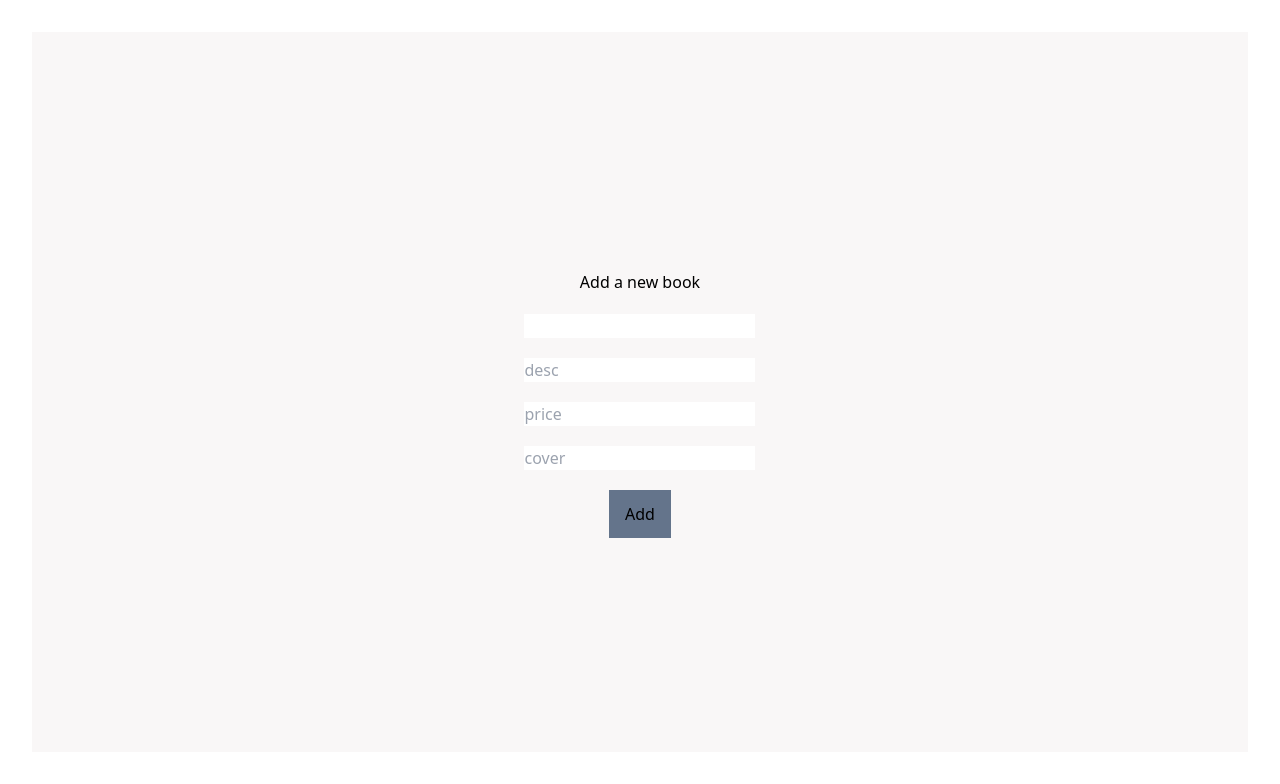
Repository: Vasil1001/fullstack-nutrition-tracker
Page: /add (app in frontend/)
An editor plug-in stored every save of this project. The page is shown before and after a run of saves, followed by the edit.
The browser window is 1280 px wide. The pictures show the whole page.
The project was rebuilt for these pictures with package versions that can differ from the ones it lists, and the page was loaded fresh each time. Also part of the build but not shown: frontend/vite.config.js, frontend/src/pages/Books.jsx, frontend/src/pages/Update.jsx.

Above is the page before, as saved 2023-05-21 20:55:51.

### frontend/src/App.jsx
import { useState } from 'react'
import reactLogo from './assets/react.svg'
import viteLogo from '/vite.svg'
import './App.css'
import { BrowserRouter, Routes, Route } from 'react-router-dom'
import Books from './pages/Books'
import Add from './pages/Add'
import Update from './pages/Update'

function App() {
  return (
    <div className="bg-[#f9f7f7]">
      <div className="max-w-screen mx-auto flex min-h-screen flex-col justify-center xl:w-10/12  ">
        <BrowserRouter>
          <Routes>
            <Route path="/" element={<Books />} />
            <Route path="/add" element={<Add />} />
            <Route path="/update/:id" element={<Update />} />
          </Routes>
        </BrowserRouter>
      </div>
    </div>
  )
}

export default App

### frontend/src/pages/Add.jsx
import axios from 'axios'
import React, { useState } from 'react'
import { useNavigate } from 'react-router-dom'

export default function Add() {
  const [book, setBook] = useState({
    title: '',
    desc: '',
    price: 'null',
    cover: '',
  })

  const navigate = useNavigate()

  const handleChange = (e) => {
    setBook((prev) => ({ ...prev, [e.target.name]: e.target.value }))
  }

  const handleClick = async (e) => {
    e.preventDefault()

    try {
      await axios.post('http://localhost:8080/books', book)
      navigate('/')
    } catch (error) {
      console.log(error)
    }
  }

  console.log(book)

  return (
    <div className="mx-auto mt-6 flex flex-col items-center justify-center gap-5">
      <h1>Add a new book</h1>
      <input type="text" palceholder="title" name="title" onChange={handleChange} />
      <input type="text" placeholder="desc" name="desc" onChange={handleChange} />
      <input type="number" placeholder="price" name="price" onChange={handleChange} />
      <input type="text" placeholder="cover" name="cover" onChange={handleChange} />
      <button className="bg-slate-500 p-3 px-4" onClick={handleClick}>
        Add
      </button>
    </div>
  )
}

### frontend/tailwind.config.js
/** @type {import('tailwindcss').Config} */
export default {
  content: [
    "./index.html",
    "./src/**/*.{js,ts,jsx,tsx}",
  ],
  theme: {
    extend: {},
  },
  plugins: [require("tailwindcss-animate")],
}

Loaded but not shown: frontend/index.html (common file); frontend/src/main.jsx (common file); frontend/src/index.css (common file); frontend/src/App.css (common file)

After the next 2 saves:
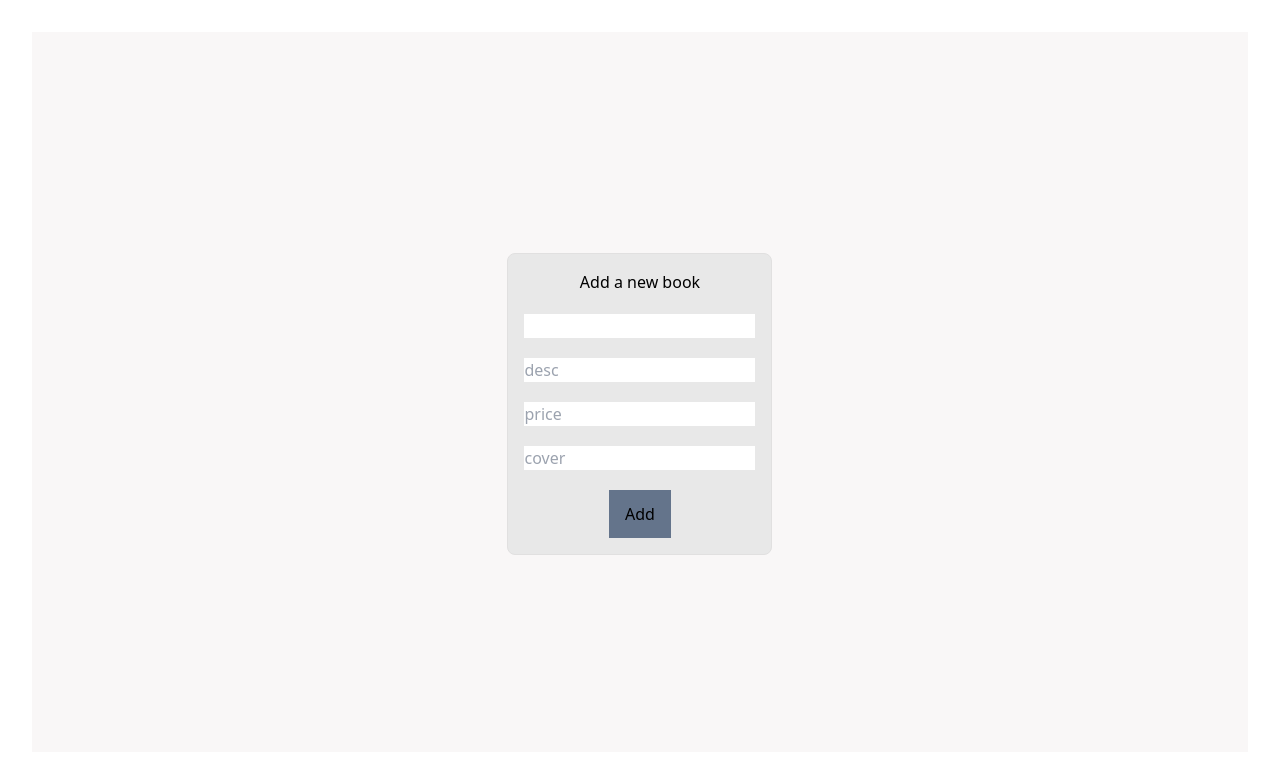
The 2 saves are shown as one change because they came seconds apart.
The last was saved 77 s later.
--- a/frontend/src/pages/Add.jsx
+++ b/frontend/src/pages/Add.jsx
@@ -30,7 +30,7 @@ export default function Add() {
   console.log(book)
 
   return (
-    <div className="mx-auto mt-6 flex flex-col items-center justify-center gap-5">
+    <div className="mx-auto mt-6 flex flex-col rounded-lg border border-[#e1e0e0] bg-[#e8e8e8] p-4 items-center justify-center gap-5">
       <h1>Add a new book</h1>
       <input type="text" palceholder="title" name="title" onChange={handleChange} />
       <input type="text" placeholder="desc" name="desc" onChange={handleChange} />
